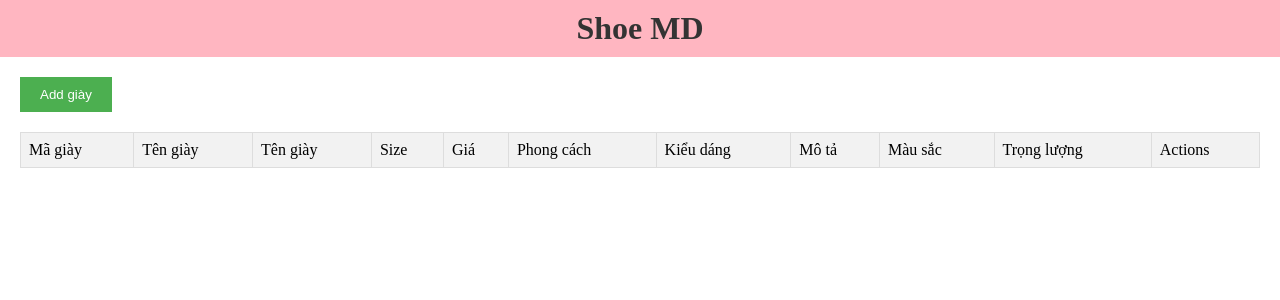
Repository: longsoisuaxe1a/shoe-md
Page: http://localhost/Project_Shoe/WEB-INF/view/admin-giay-manager.jsp
The author's editor kept a copy of each file at every save. The page is drawn from the files as they stood at one save, then again after the next save.
The browser window is 1280 px wide. The pictures show the whole page.
The page is served by Tomcat 9. Nobody is signed in. Other server files are loaded and not shown. The template is opened directly, without the code that normally fills it, so the values that code supplies are empty.

Above is the page before, as saved 2023-12-20 09:12:20.

### Project_Shoe/src/main/webapp/WEB-INF/view/admin-giay-manager.jsp
<%@ page language="java" contentType="text/html; charset=UTF-8"
    pageEncoding="UTF-8"%>
    <%@ taglib prefix="c" uri="http://java.sun.com/jsp/jstl/core"%>
<%@ taglib prefix="form" uri="http://www.springframework.org/tags/form"%>
<!DOCTYPE html>
<html>
<head>
<meta charset="UTF-8">
<title>admin-loaigiay-manager</title>
<style type="text/css">
        /* Reset some default margin and padding for consistent styling */
body, h1, h2, p, div, table, tr, td {
    margin: 0;
    padding: 0;
}

/* Apply some basic styling to the header section */
.ten-shop {
    background-color: #ffb6c1; /* Pastel pink background color */
    color: #333; /* Example text color */
    padding: 10px; /* Example padding */
    text-align: center; /* Center text */
}

/* Style the main content section */
.container {
    margin: 20px; /* Example margin */
}

/* Style the "Add Thương hiệu" button */
input[type="button"] {
    background-color: #4CAF50; /* Example button color */
    color: #fff; /* Example text color */
    padding: 10px 20px; /* Example padding */
    border: none; /* Remove border */
    cursor: pointer;
}

/* Style the table */
table {
    width: 100%;
    border-collapse: collapse;
    margin-top: 20px; /* Example margin */
}

/* Style the table header row */
table tr {
    background-color: #f2f2f2; /* Example background color */
}

/* Style the table cells */
table td {
    border: 1px solid #ddd; /* Example border color */
    padding: 8px; /* Example padding */
}

    </style>
</head>
<body>
	<div class="ten-shop">
        <h1>Shoe MD</h1>
    </div>
    <div class="container">
        <input type="button" value="Add giày" onclick="window.location.href='admin-form-add-giay';return false">
        <table>
            <tr>
                <td>Mã giày</td>
                <td>Tên giày</td>
                <td>Tên giày</td>
                <td>Size</td>
                <td>Giá</td>
                <td>Phong cách</td>
                <td>Kiểu dáng</td>
                <td>Mô tả</td>
                <td>Màu sắc</td>
                <td>Trọng lượng</td>
                <td>Actions</td>
            </tr>
            <c:forEach var="th" items="${giays }">
            <c:url var="deleteLink" value="/admin/deleteGiay" >
            	<c:param name="maGiay" value="${th.maGiay }"></c:param>
            </c:url>
            <c:url var="updateLink" value="/admin/admin-form-update-loaigiay" >
            	<c:param name="maGiay" value="${th.maGiay }"></c:param>
            </c:url>
            	<tr>
            		<td>${th.maLoai }</td>
            		<td>${th.tenLoai }</td>
            		<td>
            			<a href="${deleteLink }" onclick="if(!(confirm('Bạn có muốn xóa loại giày này không?'))) return false">delete</a>
            			<a href="${updateLink }">update</a>
            		</td>
            	</tr>
            </c:forEach>
        </table>
    </div>
</body>
</html>

After the next save:
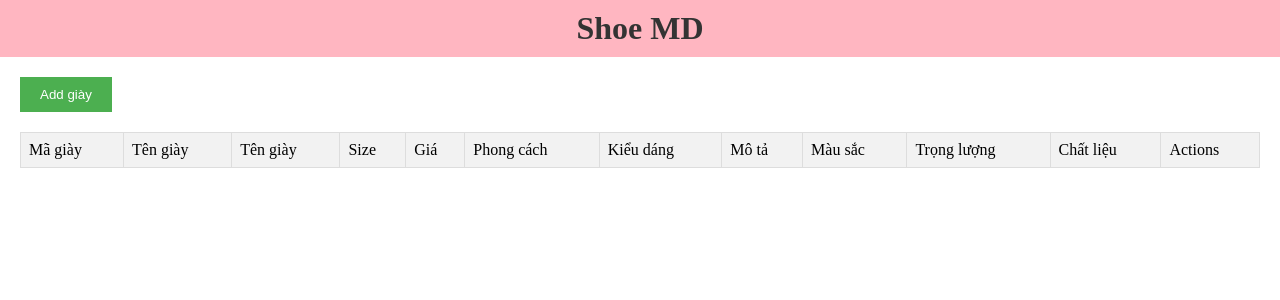
Saved 18 s later.
--- a/Project_Shoe/src/main/webapp/WEB-INF/view/admin-giay-manager.jsp
+++ b/Project_Shoe/src/main/webapp/WEB-INF/view/admin-giay-manager.jsp
@@ -74,6 +74,7 @@ table td {
                 <td>Mô tả</td>
                 <td>Màu sắc</td>
                 <td>Trọng lượng</td>
+                <td>Chất liệu</td>
                 <td>Actions</td>
             </tr>
             <c:forEach var="th" items="${giays }">
